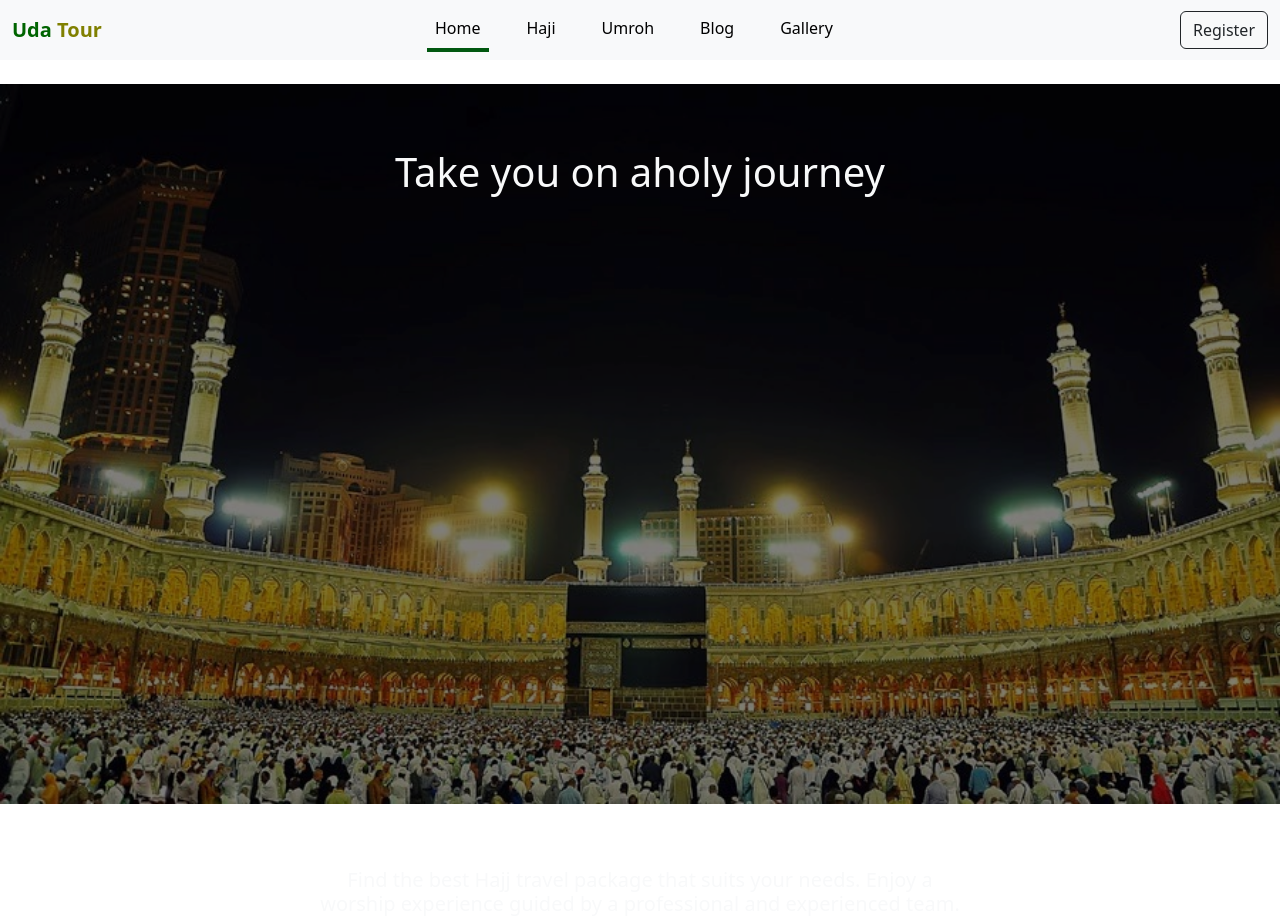
Repository: Putrabobi/Task7
Page: index.html
The author's editor kept a copy of each file at every save. The page is drawn from the files as they stood at one save, then again after the next save.
The browser window is 1280 px wide. The pictures show the whole page.

Above is the page before, as saved 2024-03-25 10:51:33.

### index.html
<!DOCTYPE html>
<html lang="en">

<head>
    <meta charset="UTF-8">
    <meta name="viewport" content="width=device-width, initial-scale=1.0">
    <title>Haji & Umroh</title>
    <link href="https://cdn.jsdelivr.net/npm/bootstrap@5.3.3/dist/css/bootstrap.min.css" rel="stylesheet"
        integrity="sha384-QWTKZyjpPEjISv5WaRU9OFeRpok6YctnYmDr5pNlyT2bRjXh0JMhjY6hW+ALEwIH" crossorigin="anonymous">
</head>

<body>
    <nav class="navbar navbar-expand-lg  bg-body-tertiary mb-4">
        <div class="container-fluid">
            <a class="navbar-brand" href="#">
                <span style="color: darkgreen;" class="fw-bold">Uda</span>
                <span style="color: olive;" class="fw-bold">Tour</span>
            </a>

            <button class="navbar-toggler" type="button" data-bs-toggle="collapse"
                data-bs-target="#navbarSupportedContent" aria-controls="navbarSupportedContent" aria-expanded="false"
                aria-label="Toggle navigation">
                <span class="navbar-toggler-icon"></span>
            </button>
            <div class="collapse navbar-collapse" id="navbarSupportedContent">
                <ul class="navbar-nav me-auto mb-2 mb-lg-0 mx-auto">
                    <li class="nav-item" style="margin-right: 30px;">
                        <a class="nav-link active" aria-current="page" href="#"
                            style="border-bottom: 4px solid #00570f; color: #000000;">Home</a>
                    </li>
                    <li class="nav-item" style="margin-right: 30px;">
                        <a class="nav-link" href="#" style="color: #000;">Haji</a>
                    </li>
                    <li class="nav-item" style="margin-right: 30px;">
                        <a class="nav-link disabled" style="color: #000;">Umroh</a>
                    </li>
                    <li class="nav-item" style="margin-right: 30px;">
                        <a class="nav-link disabled" style="color: #000;">Blog</a>
                    </li>
                    <li class="nav-item" style="margin-right: 30px;">
                        <a class="nav-link disabled" style="color: #000;">Gallery</a>
                    </li>
                </ul>
                <button class="btn btn-outline-dark" type="submit">Register</button>
            </div>

        </div>
    </nav>

    <div class="position-relative text-center mb-5">
        <img src="images/mekkah.jpg" style="filter: brightness(50%);" alt="Mekkah" width="100%">
        <h1 class="position-absolute top-0 start-50 translate-middle-x text-light" style="margin-top: 5%;">Take you on aholy journey</h1>
        <h5 class="position-absolute top-70 start-50 translate-middle-x text-light" style="margin-top: 5%;">Find the best Hajj travel package that suits your needs. Enjoy a worship experience guided by a professional and experienced team.</h5>

    </div>





</body>

</html>

After the next save:
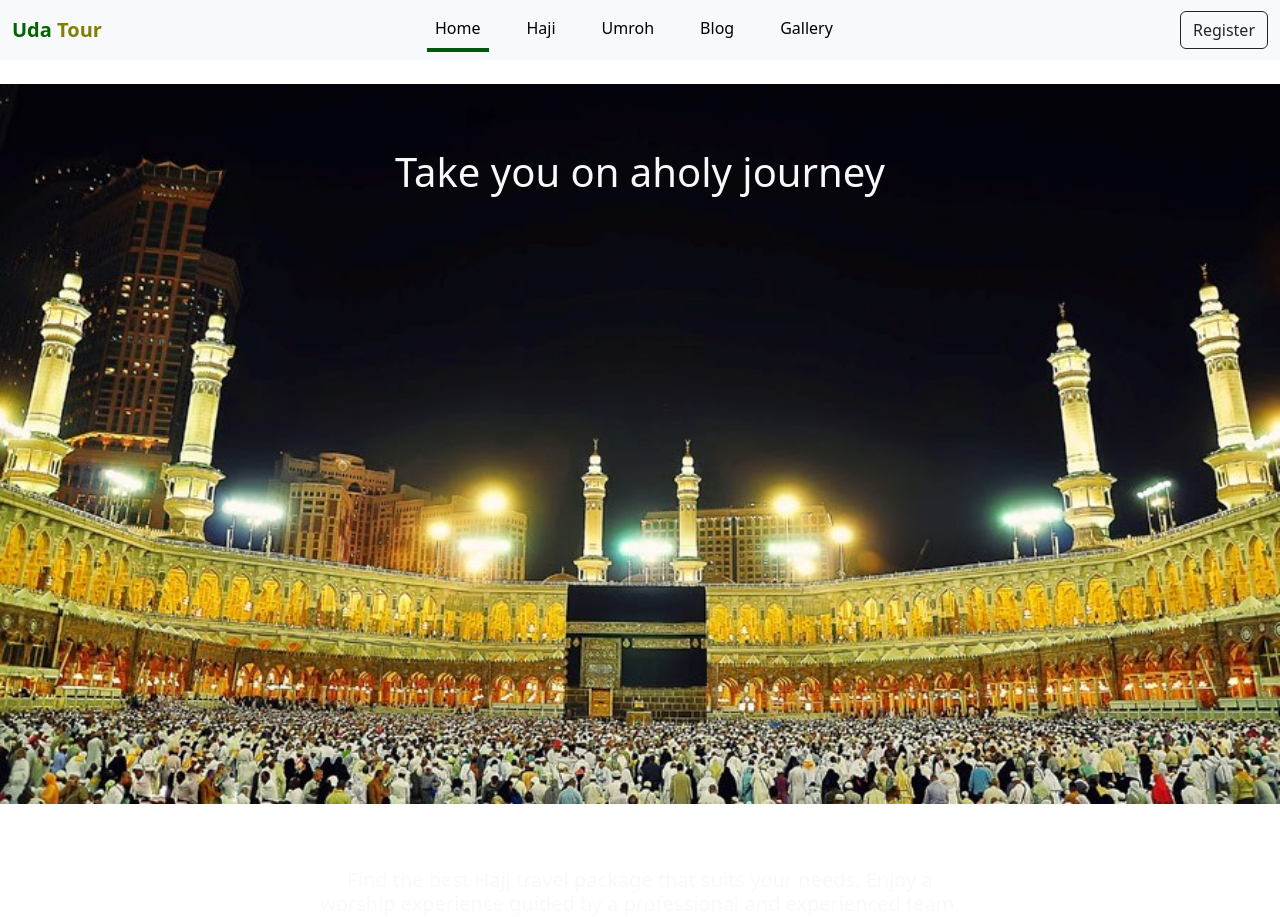
Saved 32 s later.
--- a/index.html
+++ b/index.html
@@ -48,7 +48,7 @@
     </nav>
 
     <div class="position-relative text-center mb-5">
-        <img src="images/mekkah.jpg" style="filter: brightness(50%);" alt="Mekkah" width="100%">
+        <img src="images/mekkah.jpg"  alt="Mekkah" width="100%">
         <h1 class="position-absolute top-0 start-50 translate-middle-x text-light" style="margin-top: 5%;">Take you on aholy journey</h1>
         <h5 class="position-absolute top-70 start-50 translate-middle-x text-light" style="margin-top: 5%;">Find the best Hajj travel package that suits your needs. Enjoy a worship experience guided by a professional and experienced team.</h5>
 

After the save that followed:
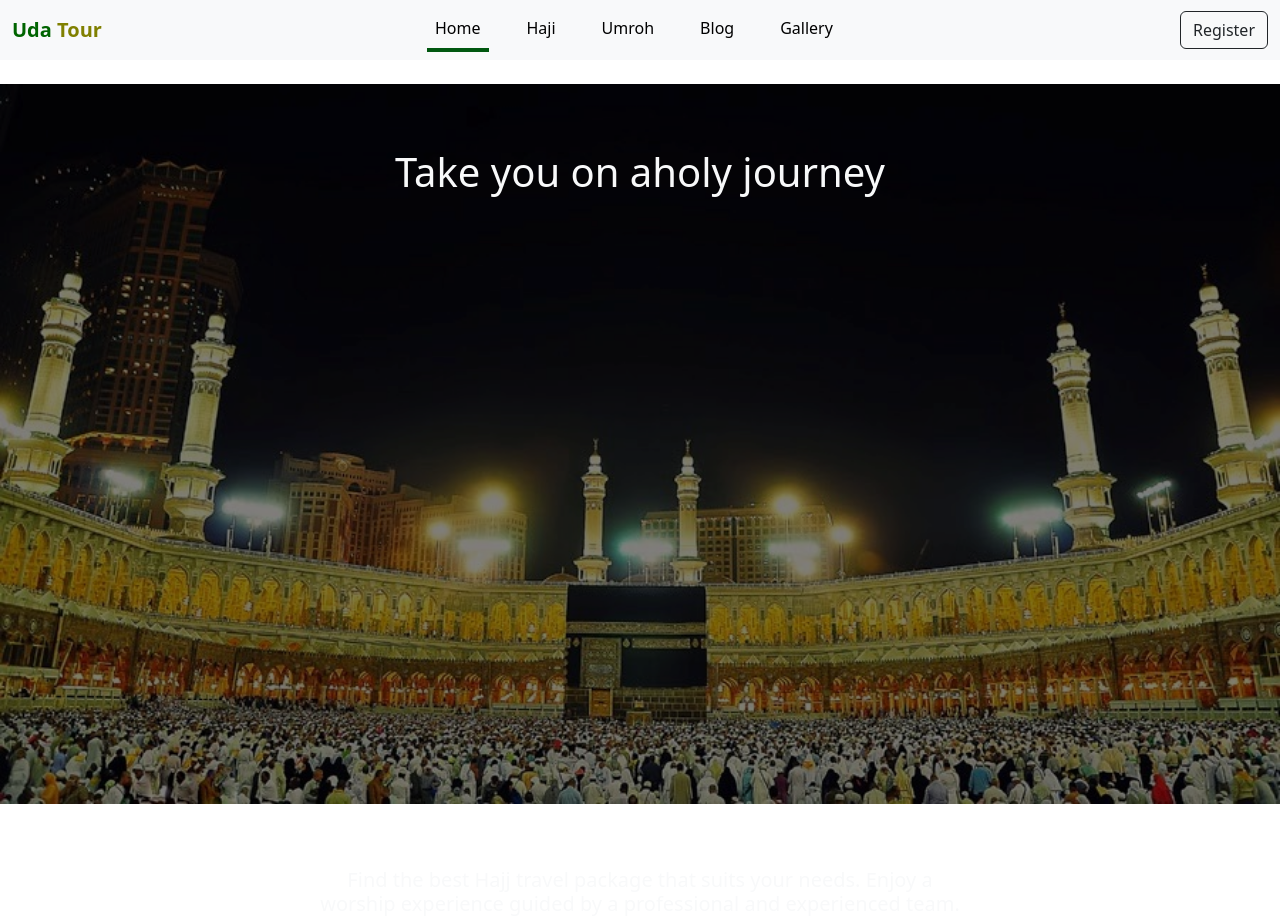
Saved 6 s later.
--- a/index.html
+++ b/index.html
@@ -48,7 +48,7 @@
     </nav>
 
     <div class="position-relative text-center mb-5">
-        <img src="images/mekkah.jpg"  alt="Mekkah" width="100%">
+        <img src="images/mekkah.jpg" style="filter: brightness(50%);" alt="Mekkah" width="100%">
         <h1 class="position-absolute top-0 start-50 translate-middle-x text-light" style="margin-top: 5%;">Take you on aholy journey</h1>
         <h5 class="position-absolute top-70 start-50 translate-middle-x text-light" style="margin-top: 5%;">Find the best Hajj travel package that suits your needs. Enjoy a worship experience guided by a professional and experienced team.</h5>
 
